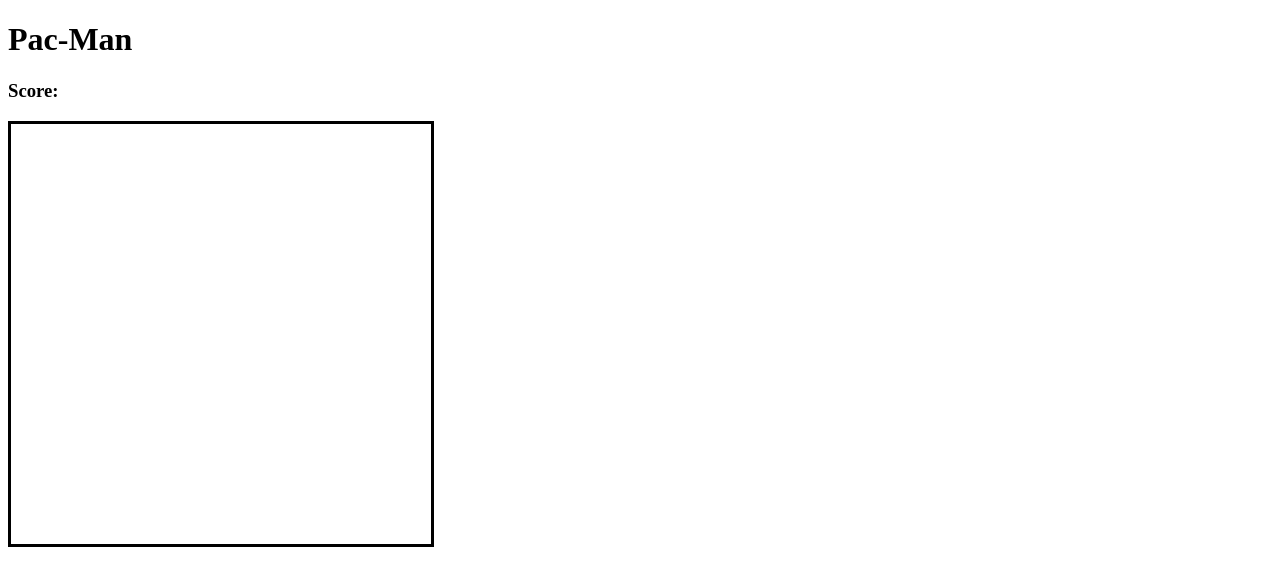
Repository: Bartolomeuss/Pac-man-in-JavaScript
Page: index.html
The author's editor kept a copy of each file at every save. The page is drawn from the files as they stood at one save, then again after the next save.
The browser window is 1280 px wide. The pictures show the whole page.

Above is the page before, as saved 2020-12-28 22:01:15.
Console error: ReferenceError: I is not defined

After the next save:
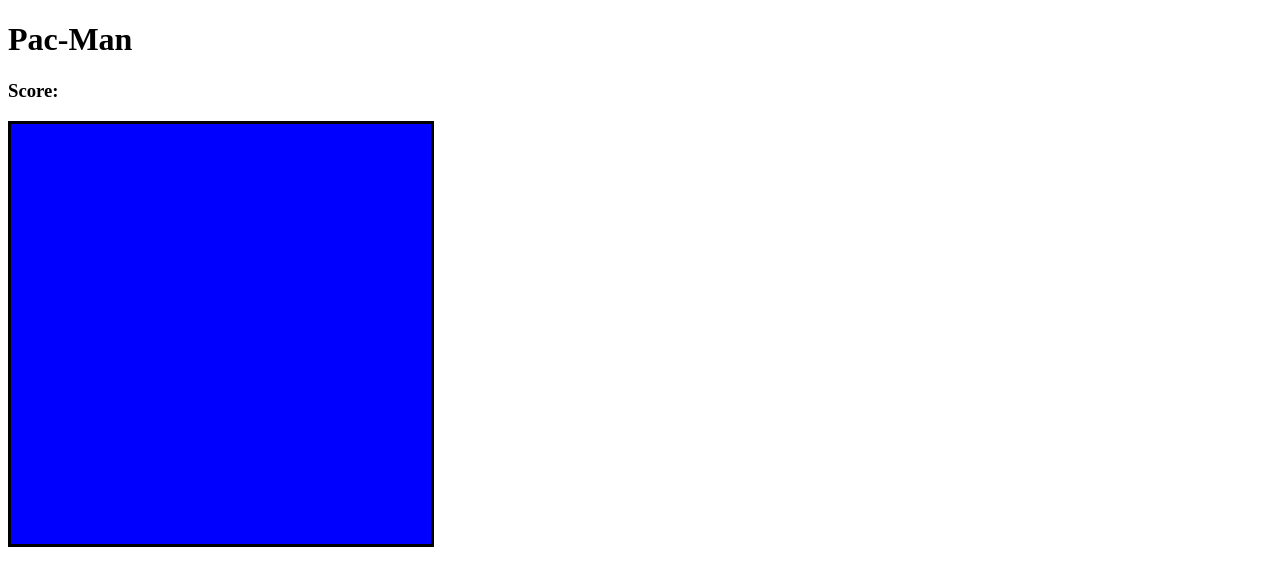
The error is gone.
Saved 18 s later.
--- a/main.js
+++ b/main.js
@@ -35,7 +35,7 @@
 ]
 
 function createBord() {
-    for(let i = 0; I <layout.length; i ++){
+    for(let i = 0; i <layout.length; i ++){
         const square = document.createElement('div')
         grid.appendChild(square)
         squares.push(square)
